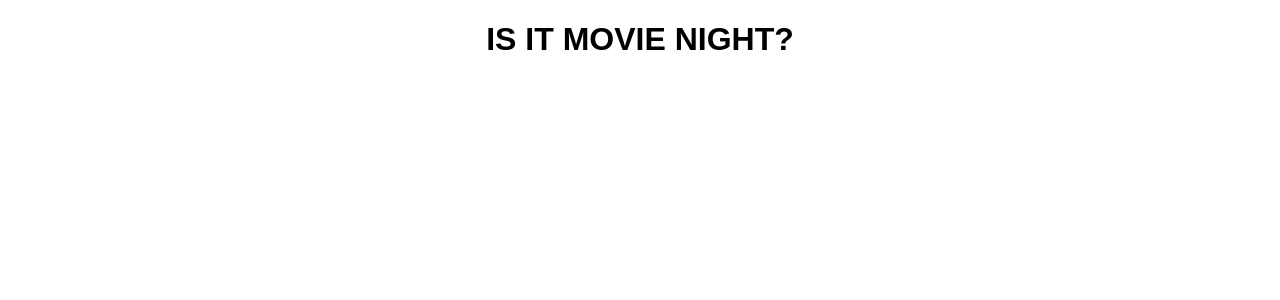
Repository: runner855/movies-app
Page: /
These files come from the project's save history. The page is drawn as it stood at one moment and after the next save; the edit follows.
The browser window is 1280 px wide. The pictures show the whole page.
The project was rebuilt for these pictures with package versions that can differ from the ones it lists, and the page was loaded fresh each time.

Above is the page before, as saved 2021-06-15 19:43:57.

After the next save:
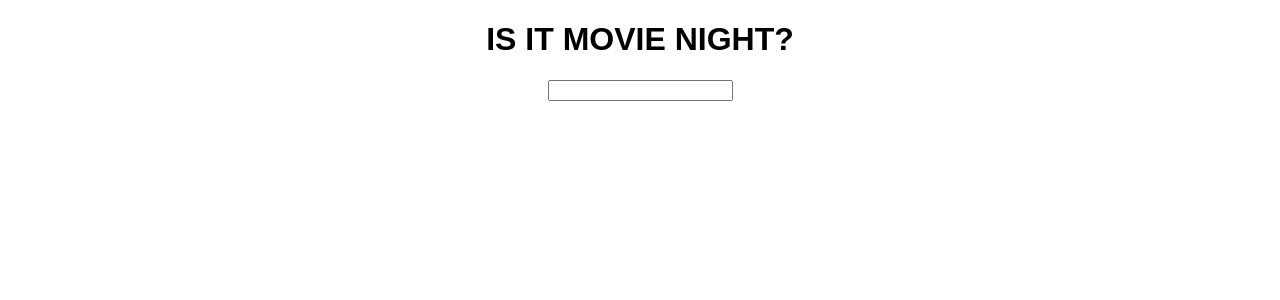
Saved 3 s later.
--- a/src/components/Search.js
+++ b/src/components/Search.js
@@ -1,7 +1,11 @@
 import React from "react";
 
-const Searc = () => {
-  return <></>;
+const Search = () => {
+  return (
+    <>
+      <input className="search-input" type="text" />
+    </>
+  );
 };
 
-export default Searc;
+export default Search;
